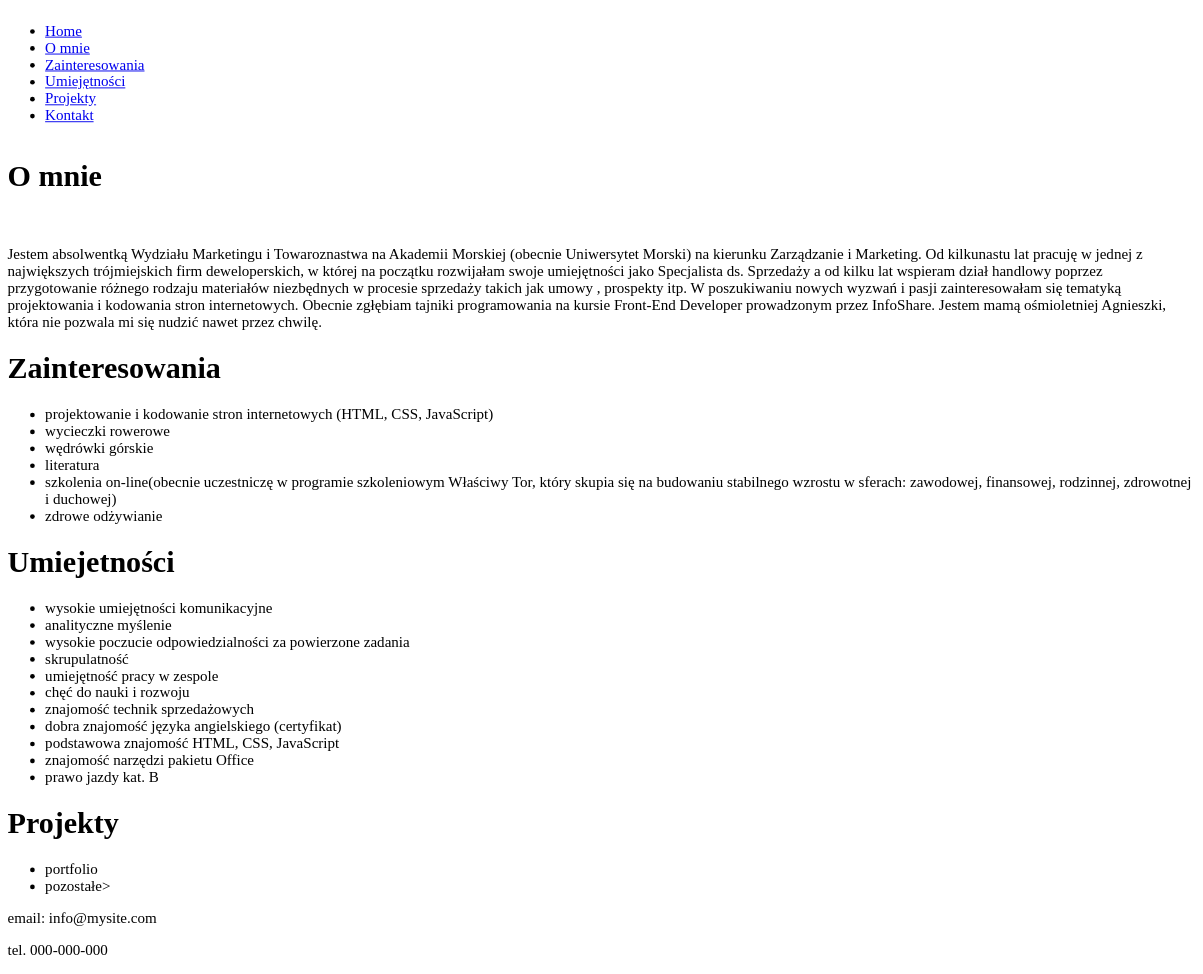
Repository: MagJaw/portfolio
Page: portfolio.html
An editor plug-in stored every save of this project. The page is shown before and after the next save, followed by the edit.
The browser window is 1280 px wide. The pictures show the whole page, at 94% of full size.

Above is the page before, as saved 2018-11-11 19:42:18.

After the next save:
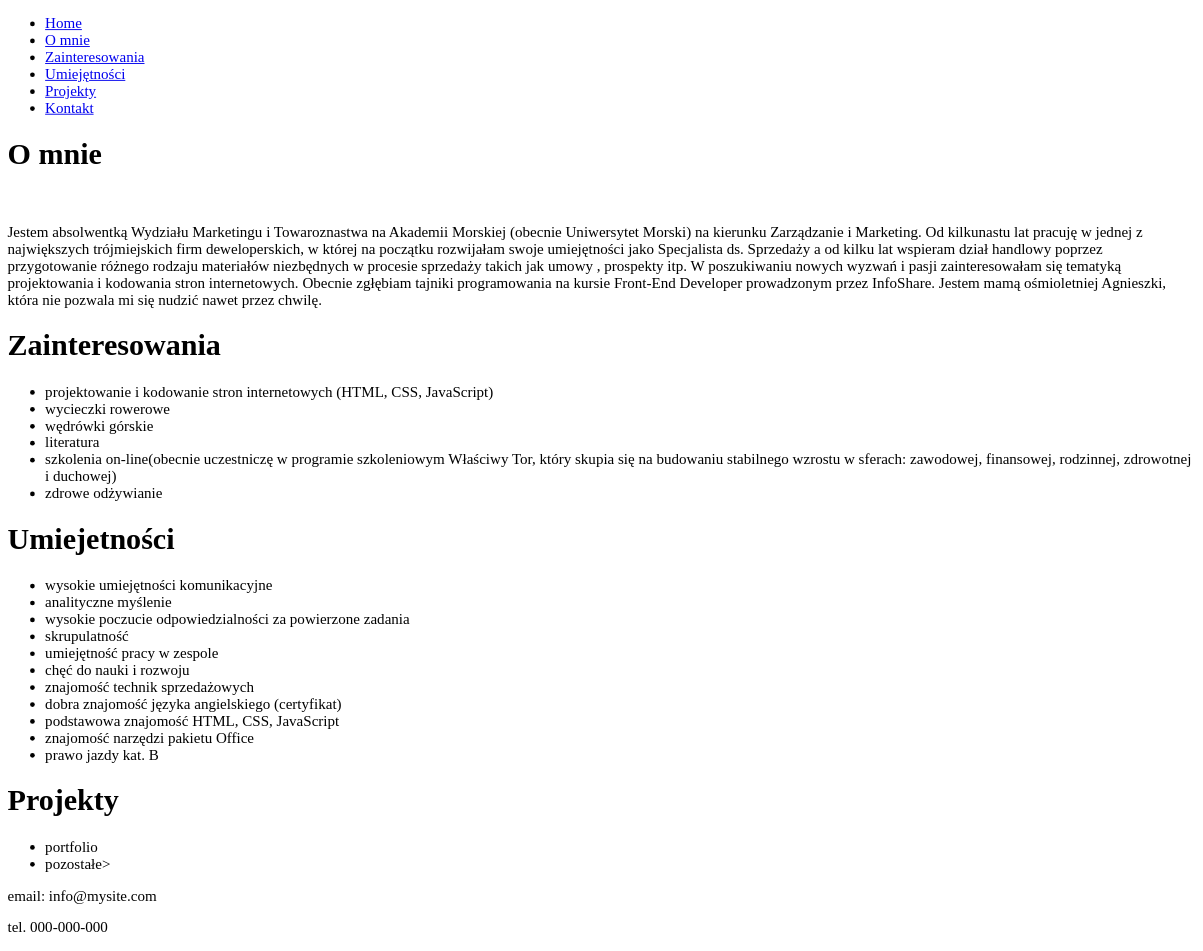
Saved 6 s later.
--- a/portfolio.html
+++ b/portfolio.html
@@ -8,7 +8,7 @@
     <title>Portfolio</title>
 </head>
 <body>
-    <nav role="navigation" class="menu_container">
+    <nav role="navigation" class="menu__container">
         <ul class="menu">
             <li class="menu__section">
               <a href="#section1">Home</a>

After the 2 saves that followed:
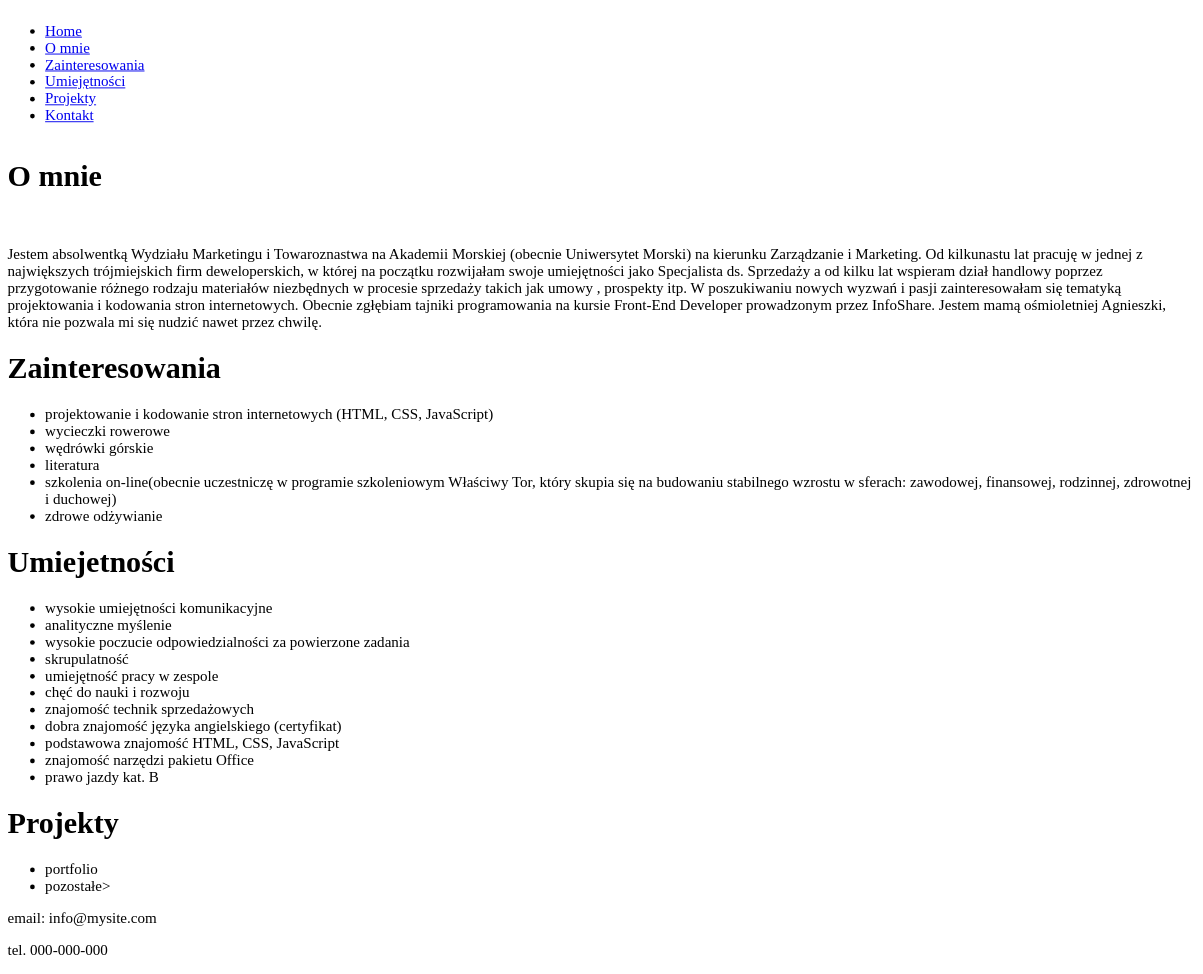
The 2 saves are shown as one change because 1 left the picture as it was.
The last was saved 88 s later.
--- a/main.css
+++ b/main.css
@@ -1,3 +1,3 @@
-.menu_container {
+.menu {
     display: inline-block;
 }
